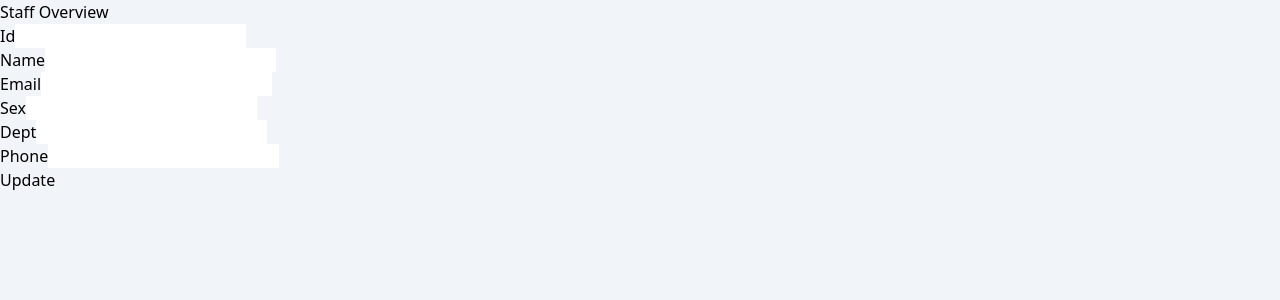
Repository: Semanmernstack/crud
Page: /employee/create
These files come from the project's save history. The page is drawn as it stood at one moment and after the next save; the edit follows.
The browser window is 1280 px wide. The pictures show the whole page.
The project was rebuilt for these pictures with package versions that can differ from the ones it lists, and the page was loaded fresh each time. Also part of the build but not shown: src/List.js, src/Details.js, src/Edit.js.

Above is the page before, as saved 2022-12-24 01:26:18.

### src/App.js
import List from "./List";
import {
  BrowserRouter,
  Routes,
  Route,

} from "react-router-dom";
import Details from "./Details";
import Create from "./Create";
import Edit from "./Edit";



function App() {
  return (
    <div className="bg-slate-100 h-screen">
      <BrowserRouter>

      <Routes>
        <Route path="/" element={<List/>}> </Route>
        <Route path="/employee/create" element={<Create/>}> </Route>
        <Route path="/employee/details/:empid" element={<Details/>}> </Route>
        <Route path="/employee/edit/:empid" element={<Edit/>}> </Route>
      </Routes>
      </BrowserRouter>

    </div>
  );
}

export default App;

### src/Create.js
import React from 'react'

function Create() {
  return (
    <div className="flex flex-col justify-center">
        <div>
            <p>Staff Overview</p>
        </div>
        <form >
          <div>
          <div>
            <span>Id</span>
            <input type="text" />
          </div>
          <div>
            <span>Name</span>
            <input type="text" required />
          </div>
          <div>
            <span>Email</span>
            <input type="email" />
          </div>
          <div>
            <span>Sex</span>
            <input type="text" />
          </div>
          <div>
            <span>Dept</span>
            <input type="text" />
          </div>
          <div>
            <span>Phone</span>
            <input type="number" />
          </div>
          <button>Update</button>
          </div>
        </form>
    </div>
  )
}

export default Create

Loaded but not shown: public/index.html (common file); src/index.js (common file); src/index.css (common file); src/reportWebVitals.js (common file); tailwind.config.js (common file)

After the next save:
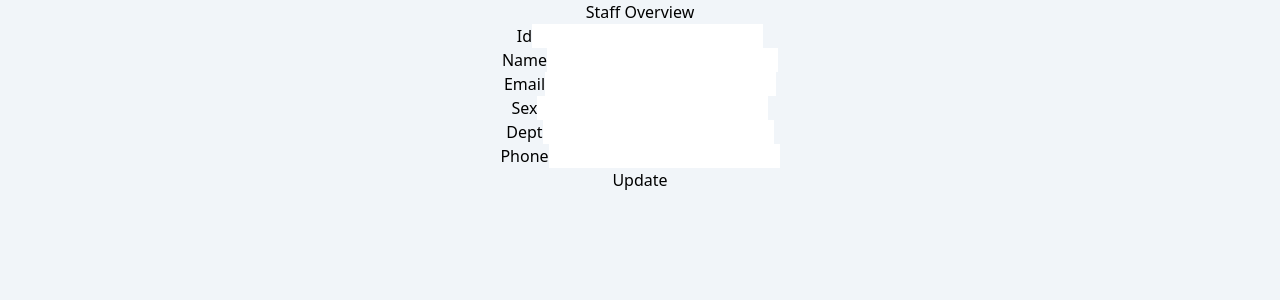
Saved 14 s later.
--- a/src/Create.js
+++ b/src/Create.js
@@ -2,7 +2,7 @@ import React from 'react'
 
 function Create() {
   return (
-    <div className="flex flex-col justify-center">
+    <div className="flex flex-col justify-center text-center">
         <div>
             <p>Staff Overview</p>
         </div>
